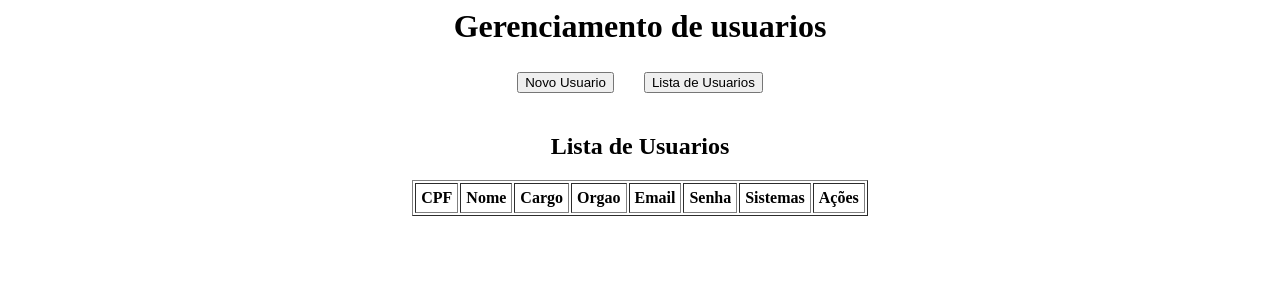
Repository: MarceloLopes22/DesafioInvia
Page: http://localhost/desafioInvia/usuarios.jsp
An editor plug-in stored every save of this project. The page is shown before and after the next save, followed by the edit.
The browser window is 1280 px wide. The pictures show the whole page.
Some web libraries are served in a nearby version. The page is served by Tomcat 9. Other server files are loaded and not shown. The template is opened directly, without the code that normally fills it, so the values that code supplies are empty.

Above is the page before, as saved 2020-03-31 03:47:07.

### workspace/desafioInvia/src/main/webapp/usuarios.jsp
<%@ page language="java" contentType="text/html; charset=UTF-8" pageEncoding="UTF-8"%>
<%@ taglib uri="http://java.sun.com/jsp/jstl/core" prefix="c"%>
<html>
<head>
<script	src="//ajax.googleapis.com/ajax/libs/jquery/1.11.0/jquery.min.js"></script>
<meta charset="utf-8">
<script type="text/javascript" src="usuario.js"></script>
<title>Lista de Usuarios</title>
</head>
<body>
	<div id="formLista">
		<form>
			<div align="center">
				<h1>Gerenciamento de usuarios</h1>
				<h2>
					<button type="submit" onclick="novo()">Novo Usuario</button> &nbsp;&nbsp;&nbsp;
					<button type="submit" onclick="listar()">Lista de Usuarios</button>
				</h2>
			</div>
			<div align="center">
				<table border="1" cellpadding="5">
					<caption>
						<h2>Lista de Usuarios</h2>
					</caption>
					<tr>
						<th>CPF</th>
						<th>Nome</th>
						<th>Cargo</th>
						<th>Orgao</th>
						<th>Email</th>
						<th>Senha</th>
						<th>Sistemas</th>
						<th>Ações</th>
					</tr>
					<c:forEach var="u" items="${usuarios}">
						<tr>
							<td>
								<c:out value="${u.cpf}" />
							</td>
							<td><c:out value="${u.nome}" /></td>
							<td><c:out value="${u.cargo.descricao}" /></td>
							<td><c:out value="${u.orgao.nome}" /></td>
							<td><c:out value="${u.email}" /></td>
							<td><c:out value="${u.senha}" /></td>
							<td>
						        <c:forEach var="i" items= "${u.sistemas}">
						            <c:out value="${i.nome}"> &nbsp;&nbsp;</c:out>
						        </c:forEach>
					        </td>
							<td>
								<button type="submit" id="alterar" name="alterar" onclick="alterar(${u.cpf})">Editar</button>&nbsp;&nbsp;&nbsp;&nbsp;
								<button type="submit" id="deletar" name="deletar" onclick="apagar(${u.cpf})">Apagar</button>
							</td>
						</tr>
					</c:forEach>
				</table>
			</div>
		</form>
	</div>
</body>
</html>
<!--
<html><!-- <input type="submit" name="delete" formmethod="DELETE" formaction="request.getContextPath()/UsuarioViewServelet?cpf=${u.cpf}/>" value="Apagar"/>
<head>
<title>Lista de Usuarios</title>
</head>
<body>
	<div id="formLista">
		<form>
			<div align="center">
				<h1>Gerenciamento de usuarios</h1>
				<h2>
					<button type="submit" onclick="novo()">Novo Usuario</button> &nbsp;&nbsp;&nbsp;
					<button type="submit" onclick="listar()">Lista de Usuarios</button>
				</h2>
			</div>
			<div align="center">
				<table border="1" cellpadding="5">
					<caption>
						<h2>Lista de Usuarios</h2>
					</caption>
					<tr>
						<th>CPF</th>
						<th>Nome</th>
						<th>Cargo</th>
						<th>Orgao</th>
						<th>Email</th>
						<th>Senha</th>
						<th>Sistemas</th>
						<th>Ações</th>
					</tr>
					<c:forEach var="u" items="${usuarios}">
						<tr>
							<td>
								<c:out value="${u.cpf}" />
							</td>
							<td><c:out value="${u.nome}" /></td>
							<td><c:out value="${u.cargo.descricao}" /></td>
							<td><c:out value="${u.orgao.nome}" /></td>
							<td><c:out value="${u.email}" /></td>
							<td><c:out value="${u.senha}" /></td>
							<td>
						        <c:forEach var="i" items= "${u.sistemas}">
						            <c:out value="${i.nome}"> &nbsp;&nbsp;</c:out>
						        </c:forEach>
					        </td>
							<td>
								<button type="submit" id="editar" name="editar" onclick="editar(${u.cpf.toString()})">Editar</button>&nbsp;&nbsp;&nbsp;&nbsp;
								<button type="submit" id="deletar" name="deletar" onclick="apagar(${u.cpf.toString()})">Apagar</button>
							</td>
						</tr>
					</c:forEach>
				</table>
			</div>
		</form>
	</div>
</body>
</html> -->

<!-- <div id="formLista">
		<form>
			<div align="center">
				<h1>Gerenciamento de usuarios</h1>
				<h2>
					<input type="submit" name="novo" formmethod="get" formaction="request.getContextPath()%>/UsuarioViewServelet?listar=${false}" value="Novo Usuario"/>&nbsp;&nbsp;&nbsp;
					<input type="submit" name="listar" formmethod="get" formaction="request.getContextPath()%>/UsuarioViewServelet?listar=${true}" value="Lista de Usuarios">
				</h2>
			</div>
			<div align="center">
				<table border="1" cellpadding="5">
					<caption>
						<h2>Lista de Usuarios</h2>
					</caption>
					<tr>
						<th>CPF</th>
						<th>Nome</th>
						<th>Cargo</th>
						<th>Orgao</th>
						<th>Email</th>
						<th>Senha</th>
						<th>Sistemas</th>
						<th>Ações</th>
					</tr>
					<c:forEach var="u" items="${usuarios}" varStatus="e">
						<tr>
							<input type="hidden" id="posicao" name="posicao" value="${e.index}"/>

							<td>
								<span id="cpf" name="cpf"><c:out value="${u.cpf}" /></span>
							</td>
							<td>
								<span id="nome" name="nome"><c:out value="${u.nome}" /></span>
							</td>

							<td>
								<span id="descricao" name="descricao"><c:out value="${u.cargo.descricao}" /></span>
							</td>

							<td>
								<span id="nomeOrgao" name="nomeOrgao"><c:out value="${u.orgao.nome}" /></span>
							</td>

							<td>
								<span id="email" name="email"><c:out value="${u.email}" /></span>
							</td>

							<td>
								<span id="senha" name="senha"><c:out value="${u.senha}" /></span>
							</td>

							<td>
						        <c:forEach var="i" items= "${u.sistemas}">
						            <span id="nomeSistema" name="nomeSistema"><c:out value="${i.nome}"> &nbsp;&nbsp;</c:out></span>
						        </c:forEach>
					        </td>
							<td>
								<input type="submit" name="editar" formmethod="PUT" formaction="request.getContextPath()%>/UsuarioViewServelet?cpf=${u.cpf}" value="Editar"/>&nbsp;&nbsp;&nbsp;&nbsp;
								<input type="submit" name="editar" formmethod="DELETE" formaction="request.getContextPath()%>/UsuarioViewServelet?cpf=${u.cpf}&acao=deletar" value="Editar"/>&nbsp;&nbsp;&nbsp;&nbsp;
							</td>
						</tr>
					</c:forEach>
				</table>
			</div>
		</form>

	</div> -->

### workspace/desafioInvia/src/main/webapp/usuario.js
const URL_LOGIN = 'http://localhost:8080/desafioInvia/LoginViewServlet';
const URL_USUARIO = 'http://localhost:8080/desafioInvia/UsuarioViewServelet';

function login(){
	jQuery.ajax({
		type: "POST",
		async: false,
		url: URL_LOGIN,
		data:  {
			"email" : document.getElementById("email").value,
			"senha" : document.getElementById("senha").value
		},
		success: function (dados) {
			var formLista = document.getElementById("formLogin");
			formLista.innerHTML = dados;
		},
		error: function (err){
			alert(err.responseText);
		}
	});
}

function novo(){
	jQuery.ajax({
		type: "GET",
		async: false,
		url: URL_USUARIO,
		data:  {
			"acao" : "acessarPagIncluir"
		},
		success: function (dados) {
			var formLista = document.getElementById("formLista");
			formLista.innerHTML = dados;
		},
		error: function (err){
			alert(err.responseText);
		}
	});
}

function alterar(cpf){
	jQuery.ajax({
		type: "GET",
		async: false,
		url: URL_USUARIO,
		data:  {
			"acao": "acessarPagAlterar",
			"cpf" : cpf
		},
		success: function (dados) {
			var formLista = document.getElementById("formLista");
			formLista.innerHTML = dados;
		},
		error: function (err){
			alert(err.responseText);
		}
	});
}

function incluir(){

	//var sistemas = $('#sistemas').val();

	var selecionados = document.getElementById("sistemas").selectedOptions
	var valores = [];
	for(i = 0; i < selecionados.length; i++){
		valores.push(selecionados[i].value);
	}

	//var valores = selecionados.map(i --> i.value);
	//var optsArray = Array.prototype.slice.call(selecionados);
	jQuery.ajax({
		type: "POST",
		async: false,
		url: URL_USUARIO,
		data:  {
			"acao" : "incluir",
			"cpf" : document.getElementById("cpf").value,
			"nome" : document.getElementById("nome").value,
			"email" : document.getElementById("email").value,
			"senha" : document.getElementById("senha").value,
			"cargo" : document.getElementById("cargo").value,
			"orgao" : document.getElementById("orgao").value,
			valores : valores
		},
		success: function (dados) {
			var formLista = document.getElementById("formLista");
			formLista.innerHTML = dados;
		},
		error: function (err){
			alert(err.responseText);
		}
	});
}

function listar(){
	jQuery.ajax({
		type: "POST",
		async: false,
		url: URL_LOGIN,
		data:  {
			"email" : document.getElementById("email").value,
			"senha" : document.getElementById("senha").value
		},
		success: function (dados) {
			var formLista = document.getElementById("formLogin");
			formLista.innerHTML = dados;
		},
		error: function (err){
			alert(err.responseText);
		}
	});
}

function editar(cpf){
	jQuery.ajax({
		type: "POST",
		async: false,
		url: URL_LOGIN,
		data:  {
			"email" : document.getElementById("email").value,
			"senha" : document.getElementById("senha").value
		},
		success: function (dados) {
			var formLista = document.getElementById("formLogin");
			formLista.innerHTML = dados;
		},
		error: function (err){
			alert(err.responseText);
		}
	});
}

function apagar(cpf){
	jQuery.ajax({
		type: "DELETE",
		async: false,
		url: URL_USUARIO,
		data: {
			"cpf" : cpf
		},
		success: function (dados) {
			var formLista = document.getElementById("formLista");
			formLista.innerHTML = dados;
		},
		error: function (err){
			alert(err.responseText);
		}
	});
}
/*
function xpto1(){
	var email = document.getElementById("email").value;
    var senha = document.getElementById("senha").value;
	var retorno = $.post("http://localhost:8080/desafioInvia/LoginViewServlet",
			{ email: email, senha: senha});

	retorno.fail(function(error) {
	    console.log(error);
	 });

	retorno.done(function(data) {
		 //result.innerHTML = data;
		 console.log(data);
		});
}
function xpto2() {
	jQuery.ajax({
		type : "POST",
		url : "http://localhost:8080/desafioInvia/LoginViewServlet",
		async : false,
		data : {
			"email" : document.getElementById("email").value,
			"senha" : document.getElementById("senha").value
		},
		success : function(dados) {
			if (dados) {
				alert(dados);
			}
		}
	});
}

function xpto(){
	//Creating a new XMLHttpRequest object
    var xmlhttp;
    if (window.XMLHttpRequest){
        xmlhttp = new XMLHttpRequest(); //for IE7+, Firefox, Chrome, Opera, Safari
    } else {
        xmlhttp = new ActiveXObject("Microsoft.XMLHTTP"); //for IE6, IE5
    }
    //Create a asynchronous GET request
    xmlhttp.open("POST", 'http://localhost:8080/desafioInvia/LoginViewServlet', false);
    var email = document.getElementById("email").value;
    var senha = document.getElementById("senha").value;
    xmlhttp.send("email="+email+"&"+"senha="+senha);

    //Execution blocked till server send the response
    if (xmlhttp.readyState == 4) {
        if (xmlhttp.status == 200)
        {
            document.getElementById("message").innerHTML = xmlhttp.responseText;
        }
        else
        {
            alert('Something is wrong !!');
        }
    }
}

var request;

$("#login").submit(function(event) {

    // abort any pending request
    if (request) {
        request.abort();
    }

  event.preventDefault();

   $("#result").html('');

   var values = $(this).serialize();

  request =$.ajax({
      url: "http://localhost:8080/desafioInvia/LoginViewServlet",
      type: "post",
      data: {
			email : $("#email").val(),
			senha : $("#senha").val()
		},
      success: function(){
           $("#result").html('submitted successfully');
      },
      error:function(){
          $("#result").html('there is error while submit');
      }
  });
});

function login(){
	$.ajax({
		url : 'http://localhost:8080/desafioInvia/LoginViewServlet',
		type : 'POST',
		data : {
			email : $("#email").val(),
			senha : $("#senha").val()
		}, success : function (response, text) {
			alert(response);
		},error : function (request, status, error) {
			$("#erro").val(request.responseText);
			alert(request.responseText);
		}
	}).fail(function() {
	   $("#erro").val(request.responseText);
	   alert(request.responseText);
	});
}*/

After the next save:
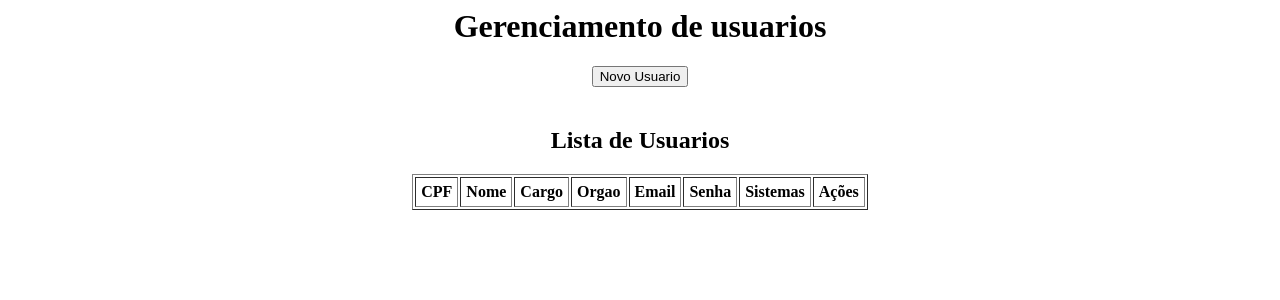
Saved 5 min 2 s later.
--- a/workspace/desafioInvia/src/main/webapp/usuarios.jsp
+++ b/workspace/desafioInvia/src/main/webapp/usuarios.jsp
@@ -13,8 +13,7 @@
 			<div align="center">
 				<h1>Gerenciamento de usuarios</h1>
 				<h2>
-					<button type="submit" onclick="novo()">Novo Usuario</button> &nbsp;&nbsp;&nbsp;
-					<button type="submit" onclick="listar()">Lista de Usuarios</button>
+					<button type="submit" onclick="novo()">Novo Usuario</button>
 				</h2>
 			</div>
 			<div align="center">
